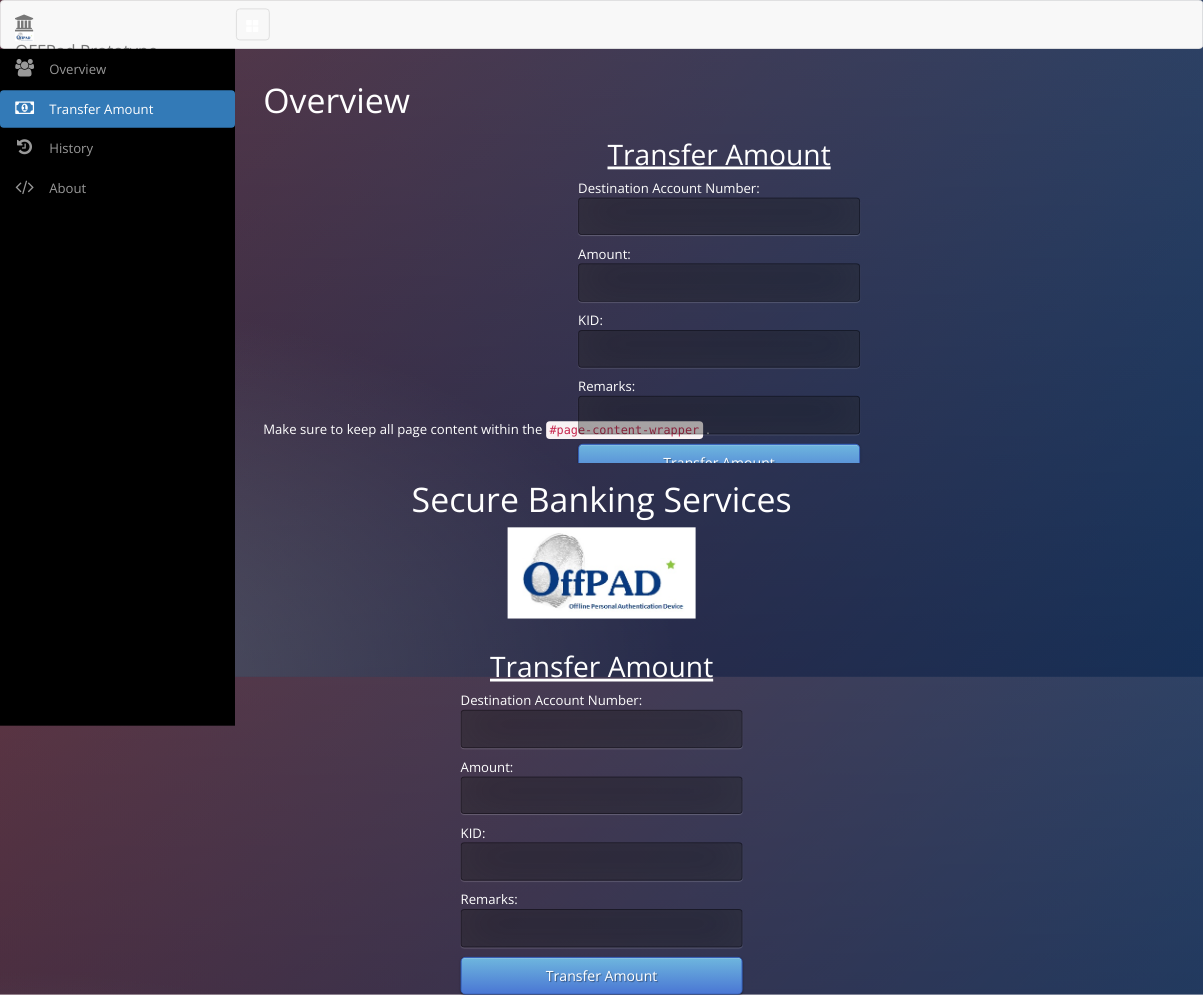
Repository: sijangurung/OFFPad-Projects
Page: http://localhost/OffPad_WebApp/clientPage.jsp
The author's editor kept a copy of each file at every save. The page is drawn from the files as they stood at one save, then again after the next save.
The browser window is 1280 px wide. The pictures show the whole page, at 94% of full size.
The page is served by Tomcat 9. The template is opened directly, without the code that normally fills it, so the values that code supplies are empty.

Above is the page before, as saved 2015-12-29 17:42:24.

After the next save:
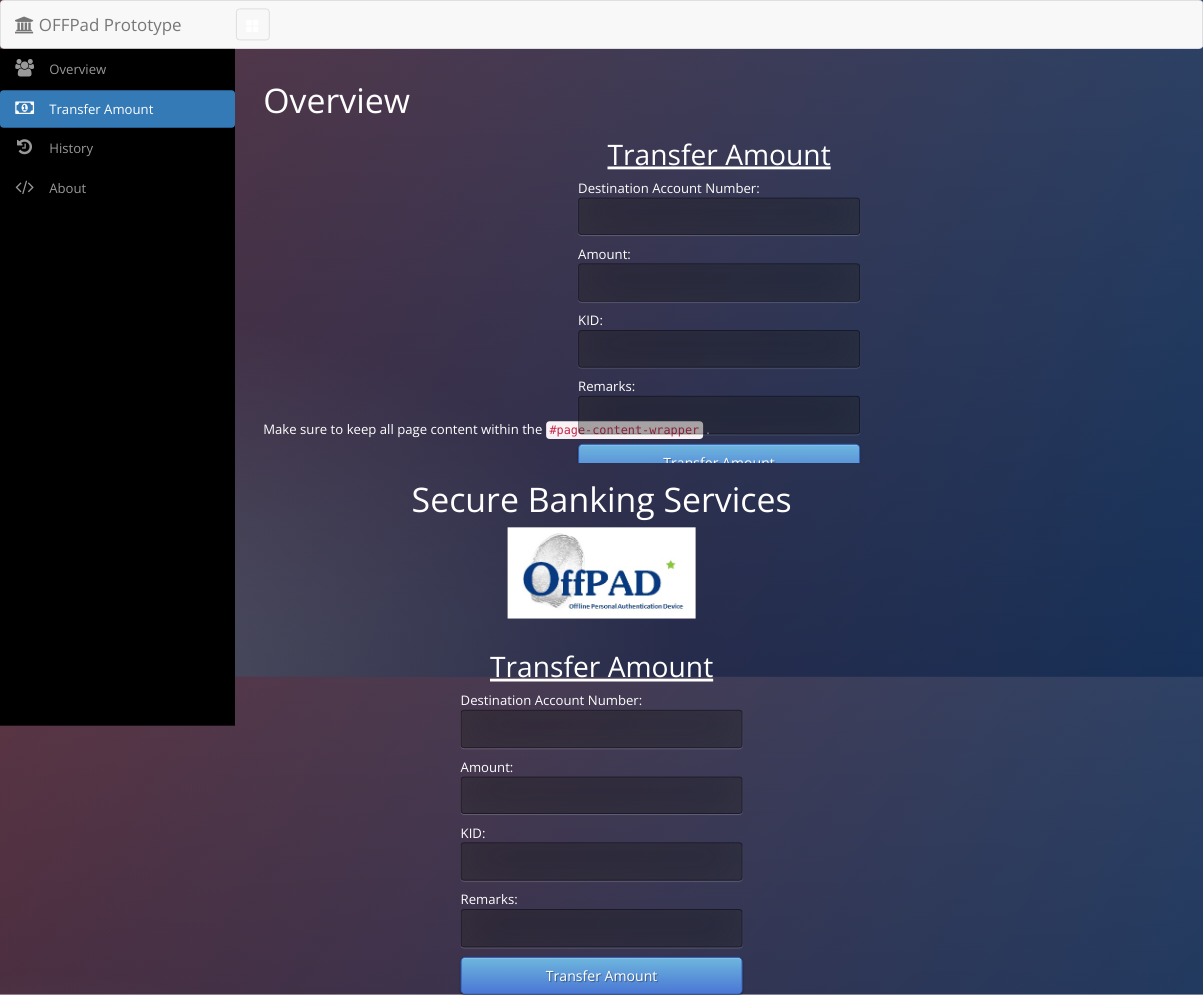
Saved 10 s later.
--- a/Web App Workspace/OffPad WebApp/WebContent/clientPage.jsp
+++ b/Web App Workspace/OffPad WebApp/WebContent/clientPage.jsp
@@ -33,7 +33,7 @@
 	<nav class="navbar navbar-default no-margin"> <!-- Brand and toggle get grouped for better mobile display -->
 	<div class="navbar-header fixed-brand">
 		<a class="navbar-brand" href="#"><i class="fa fa-university fa-4"></i>
-			<img width='20px' src='images\\logo_offpad.jpg' /> OFFPad Prototype </a>
+			 OFFPad Prototype </a>
 	</div>
 	<!-- navbar-header-->
 	<div class="collapse navbar-collapse" id="bs-example-navbar-collapse-1">
